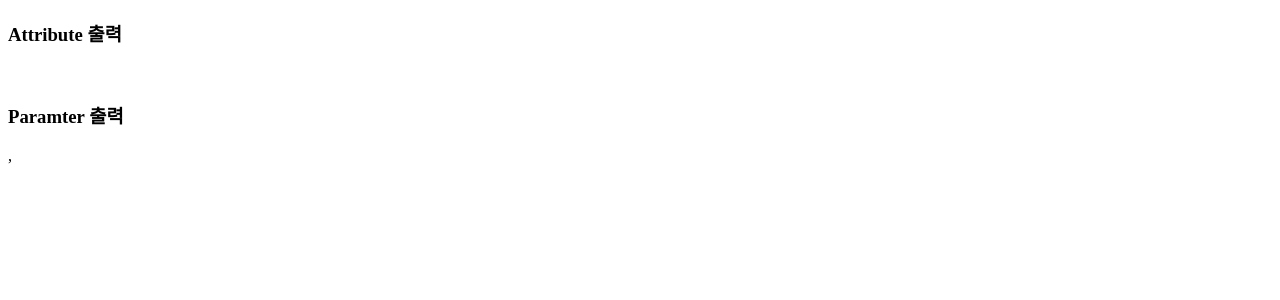
Repository: syhojeo/SpringMVC
Page: http://localhost/ServletMVC_01/test2.jsp
The author's editor kept a copy of each file at every save. The page is drawn from the files as they stood at one save, then again after the next save.
The browser window is 1280 px wide. The pictures show the whole page.
The page is served by Tomcat 9. Other server files are loaded and not shown.

Above is the page before, as saved 2022-05-09 05:46:16.

### ServletMVC_01/WebContent/test2.jsp
<%@ page language="java" contentType="text/html; charset=UTF-8"
    pageEncoding="UTF-8"%>
<!DOCTYPE html>
<html>
<head>
<meta charset="UTF-8">
<title>Insert title here</title>
</head>
<body>
	<h3>Attribute 출력</h3>
	${result} </br>
	<h3>Paramter 출력</h3>
	${param.data1}, ${param.data2}
</body>
</html>

After the next save:
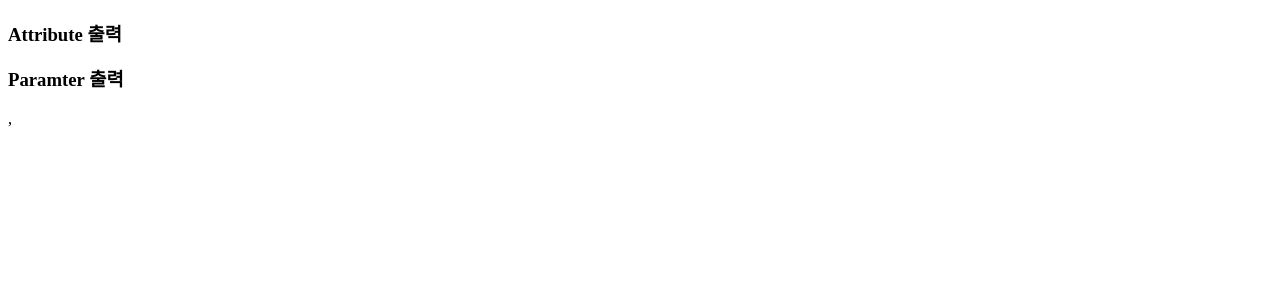
Saved 10 s later.
--- a/ServletMVC_01/WebContent/test2.jsp
+++ b/ServletMVC_01/WebContent/test2.jsp
@@ -8,7 +8,7 @@
 </head>
 <body>
 	<h3>Attribute 출력</h3>
-	${result} </br>
+	${result}
 	<h3>Paramter 출력</h3>
 	${param.data1}, ${param.data2}
 </body>
